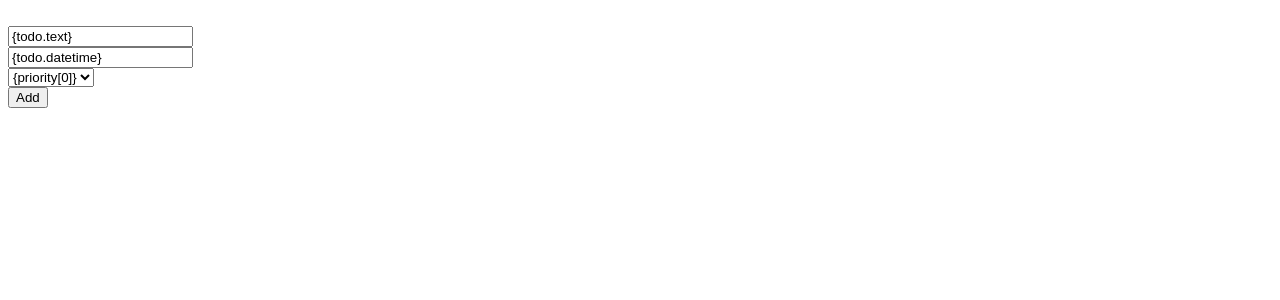
Repository: nicobrinkkemper/firebase-svelte-tododemo
Page: src/components/TodoForm.html
An editor plug-in stored every save of this project. The page is shown before and after the next save, followed by the edit.
The browser window is 1280 px wide. The pictures show the whole page.

Above is the page before, as saved 2018-11-23 20:46:48.
Console error: SyntaxError: Cannot use import statement outside a module

### src/components/TodoForm.html
<div class="row">
	<div class="col-md-12">
		<br />
		<div class="input-group">
			<input class="form-control text" type="text" required={true} value={todo.text} placeholder="Write a todo" onKeyUp={onSubmit}
			 onChange={onTextChange} />

			<div class="inline-form-group datepicker-container collapsed">
				<input type="datetime" class="form-control" value={todo.datetime}>
				<Nanocal />
			</div>
			<select class="form-control priority" value={todo.priority || 0} onChange={onPriorityChange}>
				<option value={0}>{priority[0]}</option>
				<option value={1}>{priority[1]}</option>
				<option value={2}>{priority[2]}</option>
			</select>
			<div class="input-group-append">
				<button class="btn btn-primary" onClick={onAdd}>
					Add
				</button>
			</div>
		</div>
	</div>
</div>
<script>
	import Nanocal from "nanocal";
	import {format} from "date-fns"
	export default {
	  computed: {
		  datetimestr: ({todo})=>format(todo.datetime,  "YYYY-MM-DD HH:mm")
	  },
	  components: {
	    Nanocal
	  }
	};
</script>
<style>
	.datepicker-container {
	  position: relative;
	}
	:global(.datepicker-container.collapsed .wrapper) {
	  display: none;
	}
	:global(.wrapper) {
	  position: absolute;
	  top: 100%;
	  left: 0;
	  background: white;
	}
</style>

After the next save:
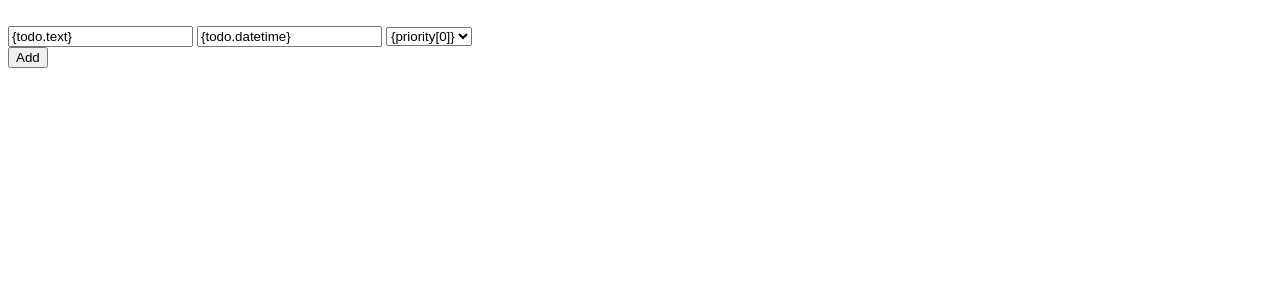
Saved 10 s later.
--- a/src/components/TodoForm.html
+++ b/src/components/TodoForm.html
@@ -5,10 +5,8 @@
 			<input class="form-control text" type="text" required={true} value={todo.text} placeholder="Write a todo" onKeyUp={onSubmit}
 			 onChange={onTextChange} />
 
-			<div class="inline-form-group datepicker-container collapsed">
-				<input type="datetime" class="form-control" value={todo.datetime}>
-				<Nanocal />
-			</div>
+			<input type="datetime" class="form-control" value={todo.datetime}>
+			<Nanocal />
 			<select class="form-control priority" value={todo.priority || 0} onChange={onPriorityChange}>
 				<option value={0}>{priority[0]}</option>
 				<option value={1}>{priority[1]}</option>

After the save that followed:
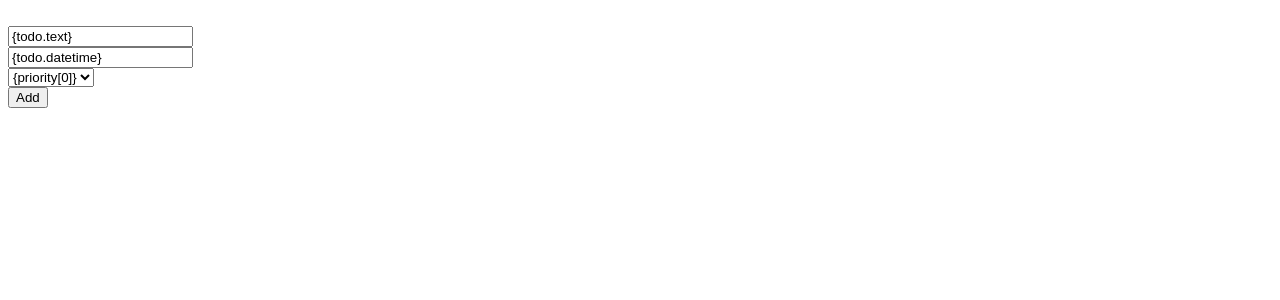
Saved 22 s later.
--- a/src/components/TodoForm.html
+++ b/src/components/TodoForm.html
@@ -5,8 +5,10 @@
 			<input class="form-control text" type="text" required={true} value={todo.text} placeholder="Write a todo" onKeyUp={onSubmit}
 			 onChange={onTextChange} />
 
-			<input type="datetime" class="form-control" value={todo.datetime}>
-			<Nanocal />
+			<div class="input-group-append datepicker-container collapsed">
+				<input type="datetime" class="form-control" value={todo.datetime}>
+				<Nanocal />
+			</div>
 			<select class="form-control priority" value={todo.priority || 0} onChange={onPriorityChange}>
 				<option value={0}>{priority[0]}</option>
 				<option value={1}>{priority[1]}</option>
